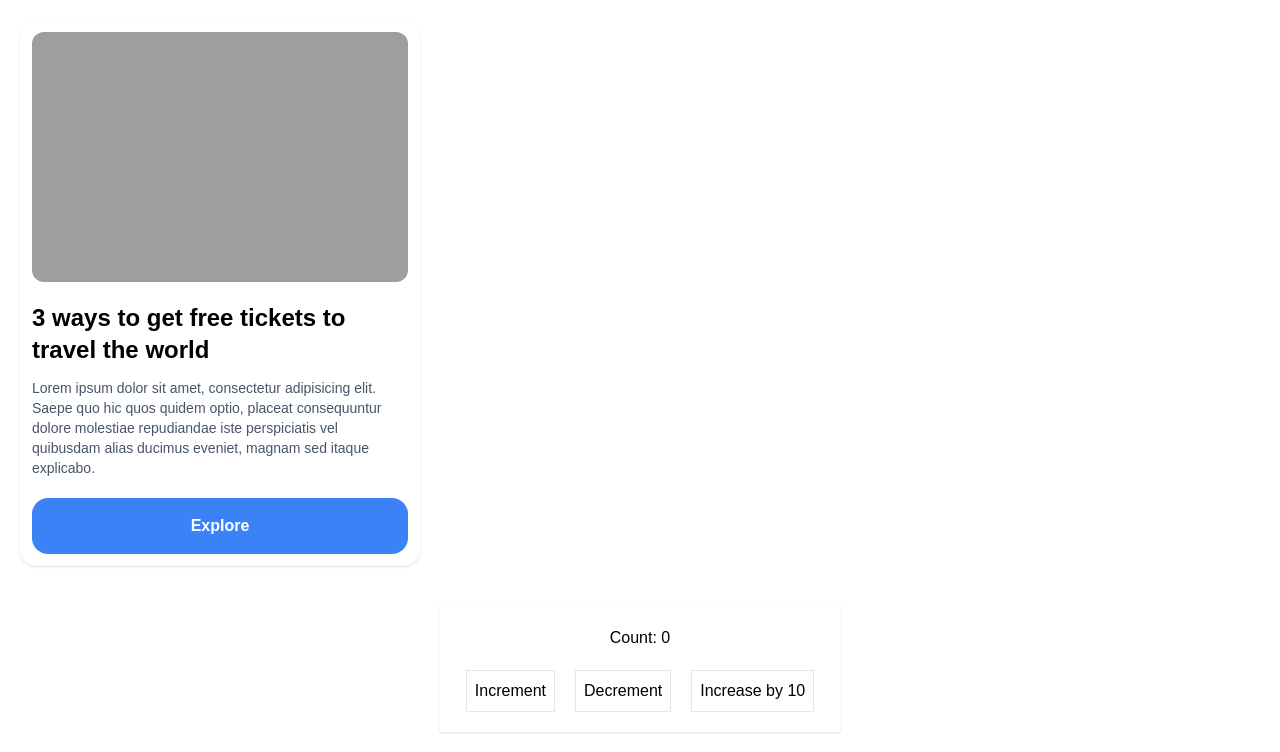
Repository: ngothiep2412/react-redux-course
Page: /
These files come from the project's save history. The page is drawn as it stood at one moment and after a run of saves; the edit follows.
The browser window is 1280 px wide. The pictures show the whole page.
Pictures or frames that could not be fetched are drawn as grey boxes. The project was rebuilt for these pictures with package versions that can differ from the ones it lists, and the page was loaded fresh each time. Also part of the build but not shown: src/App.css.

Above is the page before, as saved 2022-08-09 17:24:21.

### src/index.js
import React from "react";
import { createRoot } from "react-dom/client";
import App from "./App";
import reportWebVitals from "./reportWebVitals";
import "./index.css";
import { Provider } from "react-redux";
import store from "./redux-toolkit/configureStore";

const container = document.getElementById("root");
const root = createRoot(container);

root.render(
  <React.StrictMode>
    <Provider store={store}>
      <App />
    </Provider>
  </React.StrictMode>
);

// If you want to start measuring performance in your app, pass a function
// to log results (for example: reportWebVitals(console.log))
// or send to an analytics endpoint. Learn more: https://bit.ly/CRA-vitals
reportWebVitals();

### src/App.js
import React from "react";
import { useDispatch, useSelector } from "react-redux";
import "./App.css";
import Card from "./components/Card";
import { toggleDarkMode } from "./redux-toolkit/globalSlice";
import useDarkMode from "./hooks/useDarkMode";
import { useEffect } from "react";
import Counter from "./components/Counter";
function App() {
  const globalOption = useSelector((state) => state.global);
  console.log(globalOption);

  return (
    <div>
      <Card></Card>
      <Counter></Counter>
    </div>
  );
}

export default App;

### src/index.css
@tailwind base;
@tailwind components;
@tailwind utilities;
@layer base {
  body {
    padding: 20px;
    font-family: "DM sans", sans-serif;
  }
  input {
    outline: none;
  }
}

### src/redux-toolkit/configureStore.js
import { configureStore, combineReducers } from "@reduxjs/toolkit";
import counterSlice from "./counterSlice";
import globalSlice from "./globalSlice";

const reducer = combineReducers({
  counter: counterSlice,
  global: globalSlice,
});

const store = configureStore({
  reducer: reducer,
});

export default store;

### src/components/Card.js
import React from "react";

const Card = () => {
  return (
    <div className="w-[400px] bg-white p-3 rounded-2xl shadow dark:bg-slate-900">
      <div className="card-image h-[250px] mb-5">
        <img
          src="https://cdn.dribbble.com/users/2400293/screenshots/16378193/media/e9ad5ebe9dd6822be9ee622c7465d9e5.png?compress=1&resize=1200x900&vertical=top"
          alt=""
          className="object-cover w-full h-full rounded-xl"
        />
      </div>
      <div className="card-content">
        <h3 className="mb-3 text-2xl font-bold card-title dark:text-white">
          3 ways to get free tickets to travel the world
        </h3>
        <p className="mb-5 text-sm text-slate-600 card-desc dark:text-slate-100">
          Lorem ipsum dolor sit amet, consectetur adipisicing elit. Saepe quo
          hic quos quidem optio, placeat consequuntur dolore molestiae
          repudiandae iste perspiciatis vel quibusdam alias ducimus eveniet,
          magnam sed itaque explicabo.
        </p>
        <a
          href="/#"
          className="block p-4 font-semibold text-center text-white bg-blue-500 card-details rounded-2xl"
        >
          Explore
        </a>
      </div>
    </div>
  );
};

export default Card;

### src/redux-toolkit/globalSlice.js
import { createSlice } from "@reduxjs/toolkit";

const globalSlice = createSlice({
  name: "global",
  initialState: {
    darkMode: false,
  },
  reducers: {
    toggleDarkMode: (state, { payload }) => {
      return {
        ...state,
        darkMode: payload,
      };
    },
  },
});
export const { toggleDarkMode } = globalSlice.actions;
export default globalSlice.reducer;

### src/hooks/useDarkMode.js
import { useEffect } from "react";
import useLocalStorage from "./useLocalStorage";
import useMedia from "./useMedia";

export default function useDarkMode() {
  // Use our useLocalStorage hook to persist state through a page refresh.
  // Read the recipe for this hook to learn more: usehooks.com/useLocalStorage
  const [enabledState, setEnabledState] = useLocalStorage("dark-mode-enabled");
  // See if user has set a browser or OS preference for dark mode.
  // The usePrefersDarkMode hook composes a useMedia hook (see code below).
  // const prefersDarkMode = usePrefersDarkMode();
  // If enabledState is defined use it, otherwise fallback to prefersDarkMode.
  // This allows user to override OS level setting on our website.
  const enabled = typeof enabledState !== "undefined" ? enabledState : false;
  // Fire off effect that add/removes dark mode class
  useEffect(
    () => {
      const className = "dark";
      const element = window.document.documentElement;
      if (enabled) {
        element.classList.add(className);
      } else {
        element.classList.remove(className);
      }
    },
    [enabled] // Only re-call effect when value changes
  );
  // Return enabled state and setter
  return [enabled, setEnabledState];
}
// Compose our useMedia hook to detect dark mode preference.
// The API for useMedia looks a bit weird, but that's because ...
// ... it was designed to support multiple media queries and return values.
// Thanks to hook composition we can hide away that extra complexity!
// Read the recipe for useMedia to learn more: usehooks.com/useMedia
function usePrefersDarkMode() {
  return useMedia(["(prefers-color-scheme: dark)"], [true], false);
}

### src/components/Counter.js
import React from "react";
import { useSelector, useDispatch } from "react-redux";
import {
  decrement,
  increment,
  incrementByAmount,
} from "../redux-toolkit/counterSlice";
// import { decrement, increment, incrementByValue } from "../redux/counter";
const Counter = () => {
  const count = useSelector((state) => state.counter.count);
  const dispatch = useDispatch();
  const handleIncrement = () => {
    dispatch(increment());
  };
  const handleDecrement = () => {
    dispatch(decrement());
  };
  const handleIncrementByValue = () => {
    dispatch(incrementByAmount(10));
  };
  return (
    <div className="flex flex-col items-center p-5 bg-white shadow w-[400px] mx-auto mt-10">
      <h2 className="mb-5">Count: {count}</h2>
      <div className="flex items-center justify-center gap-x-5">
        <button
          className="inline-block p-2 border border-gray-200"
          onClick={handleIncrement}
        >
          Increment
        </button>
        <button
          className="inline-block p-2 border border-gray-200"
          onClick={handleDecrement}
        >
          Decrement
        </button>
        <button
          className="inline-block p-2 border border-gray-200"
          onClick={handleIncrementByValue}
        >
          Increase by 10
        </button>
      </div>
    </div>
  );
};

export default Counter;

### src/redux-toolkit/counterSlice.js
import { createSlice } from "@reduxjs/toolkit";

const counterSlice = createSlice({
  name: "counter",
  initialState: {
    count: 0,
  },
  reducers: {
    increment: (state) => ({
      ...state,
      count: state.count + 1,
    }),
    decrement: (state) => ({
      ...state,
      count: state.count - 1,
    }),
    // incrementByAmount: (state, actions) => ({
    //   ...state,
    //   count: state.count + actions.payload,
    // }),
    incrementByAmount: (state, { payload }) => ({
      //Handle logic code here
      ...state,
      count: state.count + payload,
    }),
  },
});
//Action creators are generated for each case reducer function
export const { increment, decrement, incrementByAmount } = counterSlice.actions;
export default counterSlice.reducer;

### src/hooks/useLocalStorage.js
import { useState } from "react";

export default function useLocalStorage(key, initialValue) {
  // State to store our value
  // Pass initial state function to useState so logic is only executed once
  const [storedValue, setStoredValue] = useState(() => {
    if (typeof window === "undefined") {
      return initialValue;
    }
    try {
      // Get from local storage by key
      const item = window.localStorage.getItem(key);
      // Parse stored json or if none return initialValue
      return item ? JSON.parse(item) : initialValue;
    } catch (error) {
      // If error also return initialValue
      console.log(error);
      return initialValue;
    }
  });
  // Return a wrapped version of useState's setter function that ...
  // ... persists the new value to localStorage.
  const setValue = (value) => {
    try {
      // Allow value to be a function so we have same API as useState
      const valueToStore =
        value instanceof Function ? value(storedValue) : value;
      // Save state
      setStoredValue(valueToStore);
      // Save to local storage
      if (typeof window !== "undefined") {
        window.localStorage.setItem(key, JSON.stringify(valueToStore));
      }
    } catch (error) {
      // A more advanced implementation would handle the error case
      console.log(error);
    }
  };
  return [storedValue, setValue];
}

### src/hooks/useMedia.js
import { useEffect, useState } from "react";

export default function useMedia(queries, values, defaultValue) {
  // Array containing a media query list for each query
  const mediaQueryLists = queries.map((q) => window.matchMedia(q));
  // Function that gets value based on matching media query
  const getValue = () => {
    // Get index of first media query that matches
    const index = mediaQueryLists.findIndex((mql) => mql.matches);
    // Return related value or defaultValue if none
    return typeof values[index] !== "undefined" ? values[index] : defaultValue;
  };
  // State and setter for matched value
  const [value, setValue] = useState(getValue);
  useEffect(
    () => {
      // Event listener callback
      // Note: By defining getValue outside of useEffect we ensure that it has ...
      // ... current values of hook args (as this hook callback is created once on mount).
      const handler = () => setValue(getValue);
      // Set a listener for each media query with above handler as callback.
      mediaQueryLists.forEach((mql) => mql.addListener(handler));
      // Remove listeners on cleanup
      return () =>
        mediaQueryLists.forEach((mql) => mql.removeListener(handler));
    },
    [] // Empty array ensures effect is only run on mount and unmount
  );
  return value;
}

Loaded but not shown: public/index.html (common file); src/reportWebVitals.js (common file); tailwind.config.js (common file)

After the next 2 saves:
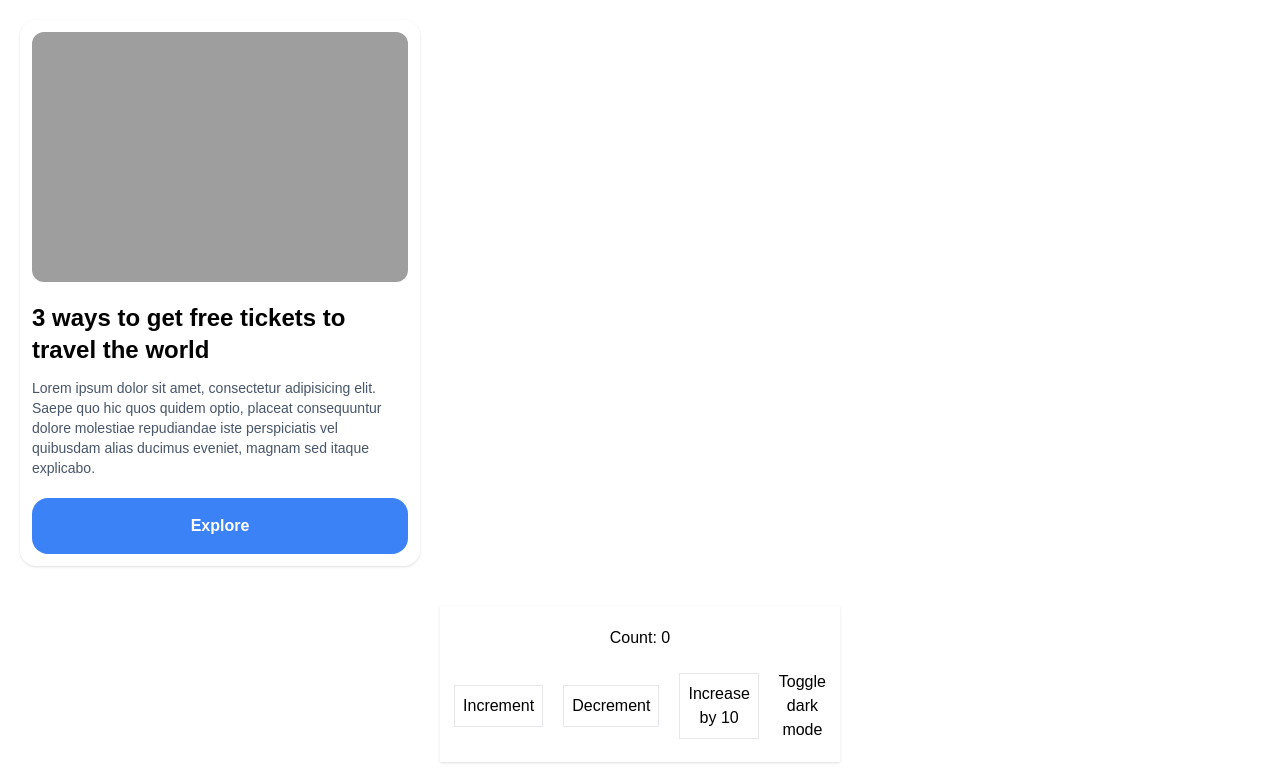
The 2 saves are shown as one change because 1 did not build or start.
The last was saved 9 s later.
--- a/src/components/Counter.js
+++ b/src/components/Counter.js
@@ -1,10 +1,12 @@
-import React from "react";
+import React, { useEffect } from "react";
 import { useSelector, useDispatch } from "react-redux";
+import useDarkMode from "../hooks/useDarkMode";
 import {
   decrement,
   increment,
   incrementByAmount,
 } from "../redux-toolkit/counterSlice";
+import { toggleDarkMode } from "../redux-toolkit/globalSlice";
 // import { decrement, increment, incrementByValue } from "../redux/counter";
 const Counter = () => {
   const count = useSelector((state) => state.counter.count);
@@ -40,9 +42,22 @@ const Counter = () => {
         >
           Increase by 10
         </button>
+        <SwitchDarkMode></SwitchDarkMode>
       </div>
     </div>
   );
 };
-
+export function SwitchDarkMode() {
+  const [darkMode, setDarkMode] = useDarkMode();
+  const dispatch = useDispatch();
+  useEffect(() => {
+    dispatch(toggleDarkMode(darkMode));
+    // eslint-disable-next-line react-hooks/exhaustive-deps
+  }, []);
+  const handleToggleDarkMode = () => {
+    setDarkMode(!darkMode);
+    dispatch(toggleDarkMode(!darkMode));
+  };
+  return <button onClick={handleToggleDarkMode}>Toggle dark mode</button>;
+}
 export default Counter;
